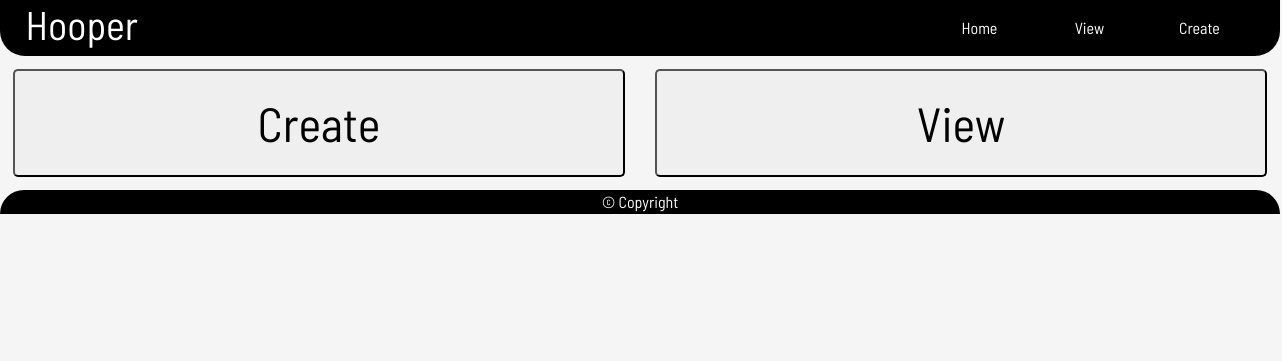
Repository: vlasarte/Hooper
Page: index.html
These files come from the project's save history. The page is drawn as it stood at one moment and after the next save; the edit follows.
The browser window is 1280 px wide. The page is 1282 px wide, so the pictures cover 1282 px, including what lies to the right of the window. The pictures show the whole page.

Above is the page before, as saved 2020-02-24 17:32:45.

After the next save:
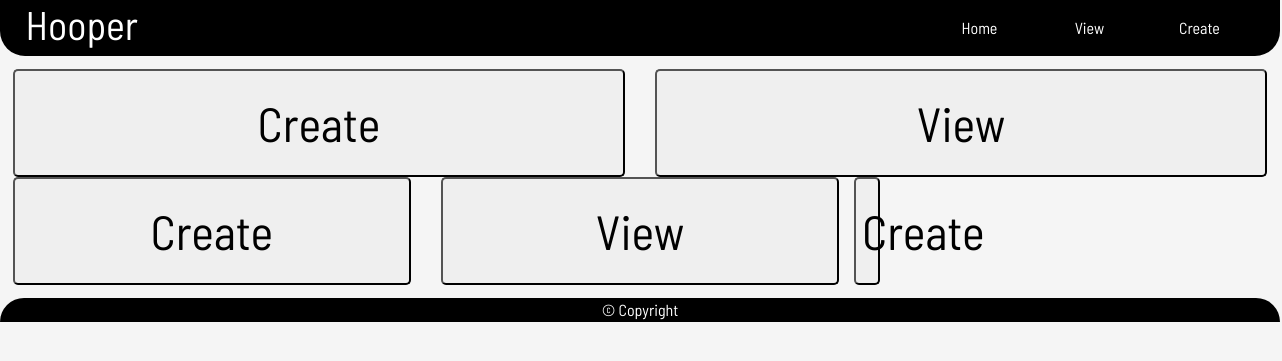
Saved 47 s later.
--- a/index.html
+++ b/index.html
@@ -48,6 +48,23 @@
                     <button>View</button>
                 </div>
             </div>
+
+            <div class="row">
+                <div class="col-4">
+                    <button>Create</button>
+                </div>
+                <div class="col-4">
+                    <button>View</button>
+                </div>
+                <div class="row">
+                <div class="col-4">
+                    <button>Create</button>
+                </div>
+
+            </div>
+
+            </div>
+
         </div>
 
 
